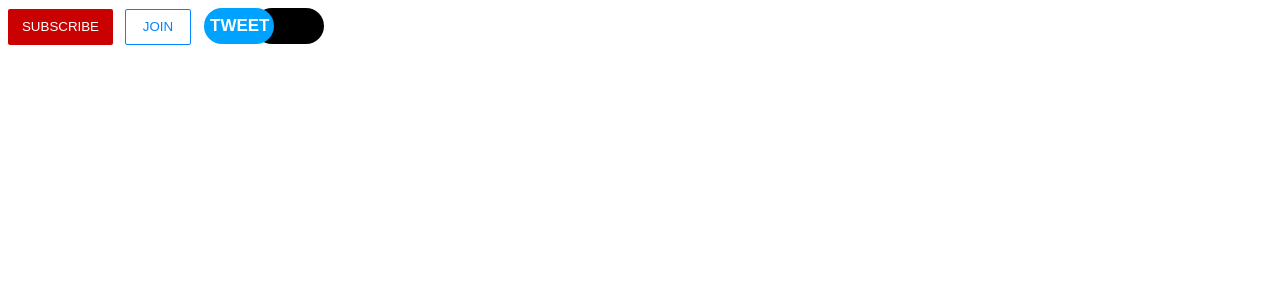
Repository: RagulRanjeeth/Frontend
Page: buttons.html
These files come from the project's save history. The page is drawn as it stood at one moment and after the next save; the edit follows.
The browser window is 1280 px wide. The pictures show the whole page.

Above is the page before, as saved 2026-01-19 15:00:16.

After the next save:
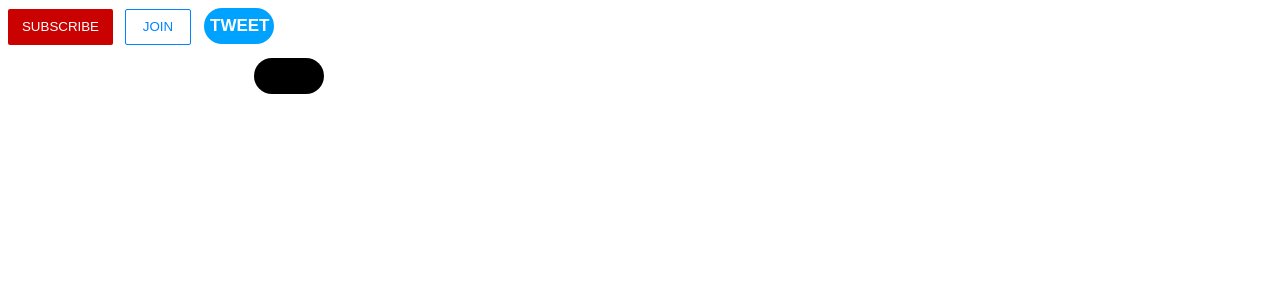
Saved 20 s later.
--- a/buttons.html
+++ b/buttons.html
@@ -61,7 +61,7 @@
         font-size: 17px;
         margin-left: 8px;
         cursor: pointer;
-        box-shadow: 50px 0px black;
+        box-shadow: 50px 50px black;
     }
 </style>
 
